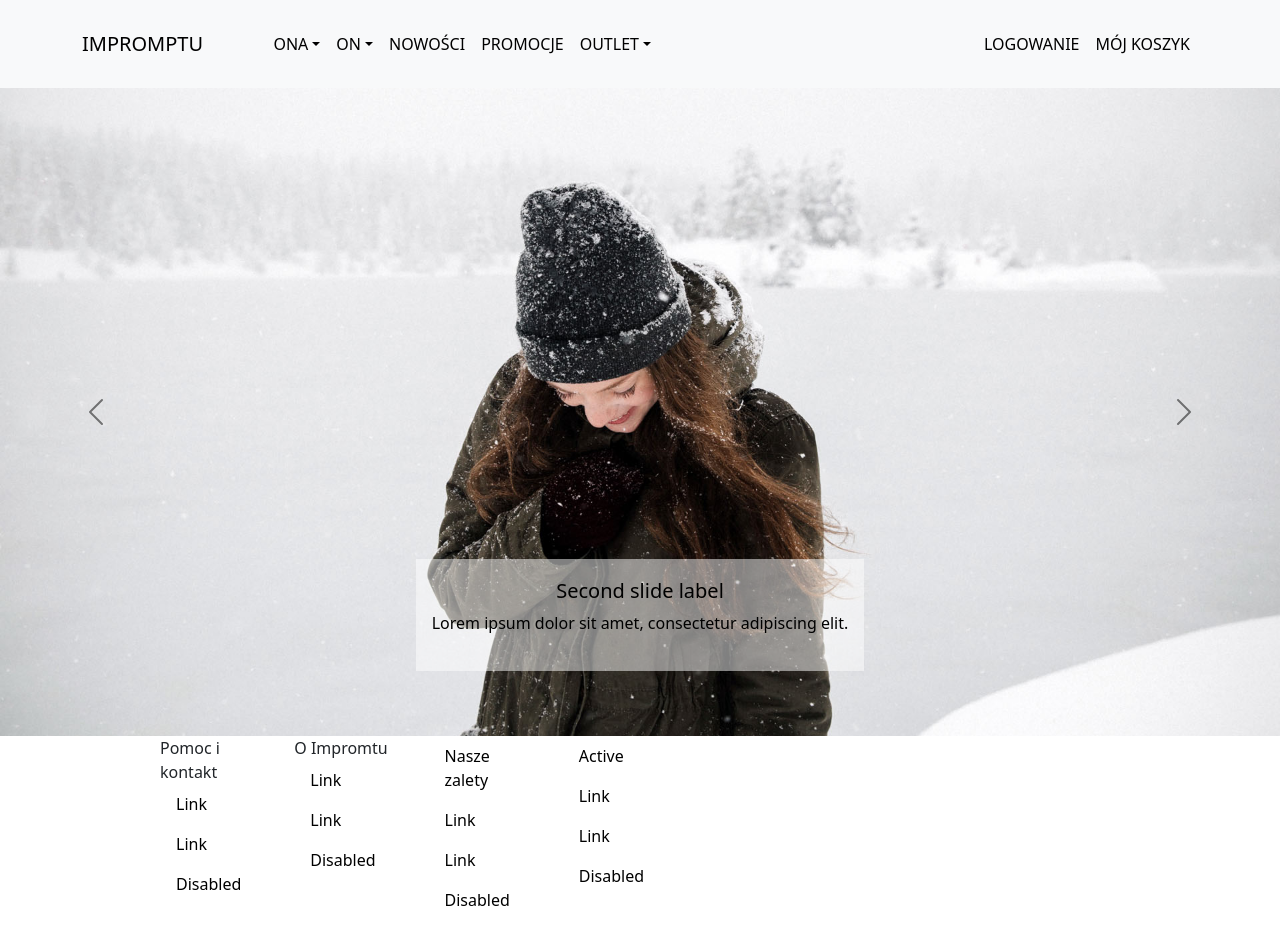
Repository: michalgornicki/Impromptu
Page: /
The author's editor kept a copy of each file at every save. The page is drawn from the files as they stood at one save, then again after a run of saves.
The browser window is 1280 px wide. The pictures show the whole page.
The project was rebuilt for these pictures with package versions that can differ from the ones it lists, and the page was loaded fresh each time.

Above is the page before, as saved 2021-12-23 13:36:50.

### src/App.jsx
import React from "react";
import "./App.css";
import "bootstrap/dist/css/bootstrap.min.css";
import Container from "react-bootstrap/Container";
import Navbar from "react-bootstrap/Navbar";
import Nav from "react-bootstrap/Nav";
import NavDropdown from "react-bootstrap/NavDropdown";
import Carousel from "react-bootstrap/Carousel";
import Row from "react-bootstrap/Row";
import Col from "react-bootstrap/Col";
import photo1 from "./1.jpg";
import photo2 from "./2.jpg";
import photo3 from "./3.jpg";
import photo4 from "./4.jpg";
import photo5 from "./5.jpg";

function App() {
  return (
    <p>
      <Navbar
        collapseOnSelect
        expand="lg"
        bg="light"
        variant="light"
        className="py-4 display-7 text-dark"
      >
        <Container>
          <Navbar.Brand href="#home" className="w-15">IMPROMPTU</Navbar.Brand>
          <Navbar.Toggle aria-controls="responsive-navbar-nav" />
          <Navbar.Collapse id="responsive-navbar-nav">
            <Nav className="me-auto">
              <NavDropdown title="ONA" id="collasible-nav-dropdown">
                <NavDropdown.Item href="#action/3.1">Action</NavDropdown.Item>
                <NavDropdown.Item href="#action/3.2">
                  Another action
                </NavDropdown.Item>
                <NavDropdown.Item href="#action/3.3">
                  Something
                </NavDropdown.Item>
                <NavDropdown.Divider />
                <NavDropdown.Item href="#action/3.4">
                  Separated link
                </NavDropdown.Item>
              </NavDropdown>
              <NavDropdown title="ON" id="collasible-nav-dropdown">
                <NavDropdown.Item href="#action/3.1">Action</NavDropdown.Item>
                <NavDropdown.Item href="#action/3.2">
                  Another action
                </NavDropdown.Item>
                <NavDropdown.Item href="#action/3.3">
                  Something
                </NavDropdown.Item>
                <NavDropdown.Divider />
                <NavDropdown.Item href="#action/3.4">
                  Separated link
                </NavDropdown.Item>
              </NavDropdown>
              <Nav.Link href="#pricing">NOWOŚCI</Nav.Link>
              <Nav.Link href="#pricing">PROMOCJE</Nav.Link>
              <NavDropdown title="OUTLET" id="collasible-nav-dropdown">
                <div className="flex flex-column">
                  <div className="container">
                <NavDropdown.Item href="#action/3.1">Action</NavDropdown.Item>
                <NavDropdown.Item href="#action/3.2">
                  Another action
                </NavDropdown.Item>
                <NavDropdown.Item href="#action/3.3">
                  Something
                </NavDropdown.Item>
                <NavDropdown.Divider />
                <NavDropdown.Item href="#action/3.4">
                  Separated link
                </NavDropdown.Item>
                </div>
                <div className="container">
                <NavDropdown.Item href="#action/3.1">Action</NavDropdown.Item>
                <NavDropdown.Item href="#action/3.2">
                  Another action
                </NavDropdown.Item>
                <NavDropdown.Item href="#action/3.3">
                  Something
                </NavDropdown.Item>
                <NavDropdown.Divider />
                <NavDropdown.Item href="#action/3.4">
                  Separated link
                </NavDropdown.Item>
                </div>
                </div>
              </NavDropdown>
            </Nav>
            <Nav>
              <Nav.Link href="#deets">LOGOWANIE</Nav.Link>
              <Nav.Link href="#memes">MÓJ KOSZYK</Nav.Link>
            </Nav>
          </Navbar.Collapse>
        </Container>
      </Navbar>

      <Carousel variant="dark" indicators={false}>
  <Carousel.Item>
    <img
      className="d-block w-100"
      src={photo1}
      alt="First slide"
    />
    <Carousel.Caption>
      <h5>First slide label</h5>
      <p>Nulla vitae elit libero, a pharetra augue mollis interdum.</p>
    </Carousel.Caption>
  </Carousel.Item>
  <Carousel.Item>
    <img
      className="d-block w-100"
      src={photo2}
      alt="Second slide"
    />
    <Carousel.Caption>
      <h5>Second slide label</h5>
      <p>Lorem ipsum dolor sit amet, consectetur adipiscing elit.</p>
    </Carousel.Caption>
  </Carousel.Item>
  <Carousel.Item>
    <img
      className="d-block w-100"
      src={photo3}
      alt="Third slide"
    />
    <Carousel.Caption>
      <h5>Third slide label</h5>
      <p>Praesent commodo cursus magna, vel scelerisque nisl consectetur.</p>
    </Carousel.Caption>
  </Carousel.Item>
  <Carousel.Item>
    <img
      className="d-block w-100"
      src={photo4}
      alt="Third slide"
    />
    <Carousel.Caption>
      <h5>Third slide label</h5>
      <p>Praesent commodo cursus magna, vel scelerisque nisl consectetur.</p>
    </Carousel.Caption>
  </Carousel.Item>
  <Carousel.Item>
    <img
      className="d-block w-100"
      src={photo5}
      alt="Third slide"
    />
    <Carousel.Caption>
      <h5>Third slide label</h5>
      <p>Praesent commodo cursus magna, vel scelerisque nisl consectetur.</p>
    </Carousel.Caption>
  </Carousel.Item>
</Carousel>


<Nav
  activeKey="/home"
  className="w-75 m-auto"
>
  <Row>
  <Col>
  <div>
    Pomoc i kontakt
  </div>
  <Nav.Item>
    <Nav.Link eventKey="link-1">Link</Nav.Link>
  </Nav.Item>
  <Nav.Item>
    <Nav.Link eventKey="link-2">Link</Nav.Link>
  </Nav.Item>
  <Nav.Item>
    <Nav.Link eventKey="disabled" disabled>
      Disabled
    </Nav.Link>
  </Nav.Item>
  </Col>
  <Col>
  <div>
    O Impromtu
  </div>
  <Nav.Item>
    <Nav.Link eventKey="link-1">Link</Nav.Link>
  </Nav.Item>
  <Nav.Item>
    <Nav.Link eventKey="link-2">Link</Nav.Link>
  </Nav.Item>
  <Nav.Item>
    <Nav.Link eventKey="disabled" disabled>
      Disabled
    </Nav.Link>
  </Nav.Item>
  </Col>
  <Col>
  <Nav.Item>
    <Nav.Link href="/home">Nasze zalety</Nav.Link>
  </Nav.Item>
  <Nav.Item>
    <Nav.Link eventKey="link-1">Link</Nav.Link>
  </Nav.Item>
  <Nav.Item>
    <Nav.Link eventKey="link-2">Link</Nav.Link>
  </Nav.Item>
  <Nav.Item>
    <Nav.Link eventKey="disabled" disabled>
      Disabled
    </Nav.Link>
  </Nav.Item>
  </Col>
  <Col>
  <Nav.Item>
    <Nav.Link href="/home">Active</Nav.Link>
  </Nav.Item>
  <Nav.Item>
    <Nav.Link eventKey="link-1">Link</Nav.Link>
  </Nav.Item>
  <Nav.Item>
    <Nav.Link eventKey="link-2">Link</Nav.Link>
  </Nav.Item>
  <Nav.Item>
    <Nav.Link eventKey="disabled" disabled>
      Disabled
    </Nav.Link>
  </Nav.Item>
  </Col>
  </Row>
</Nav>


    </p>
  );
}

export default App;

### src/App.css
.w-15{
    width: 15%!important;
}

.display-7{
    font-size: 1rem;
}

.nav-link {
    color: black!important;
}

.carousel img {
    height: 90vh;
    object-fit: cover;
}

.carousel-caption{
    background-color: rgba(255, 255, 255, 0.5);
    bottom: 10%!important;
    width: 35%;
    margin: auto;
}

Loaded but not shown: public/index.html (common file); src/index.js (common file); src/index.css (common file); src/reportWebVitals.js (common file)

After the next 4 saves:
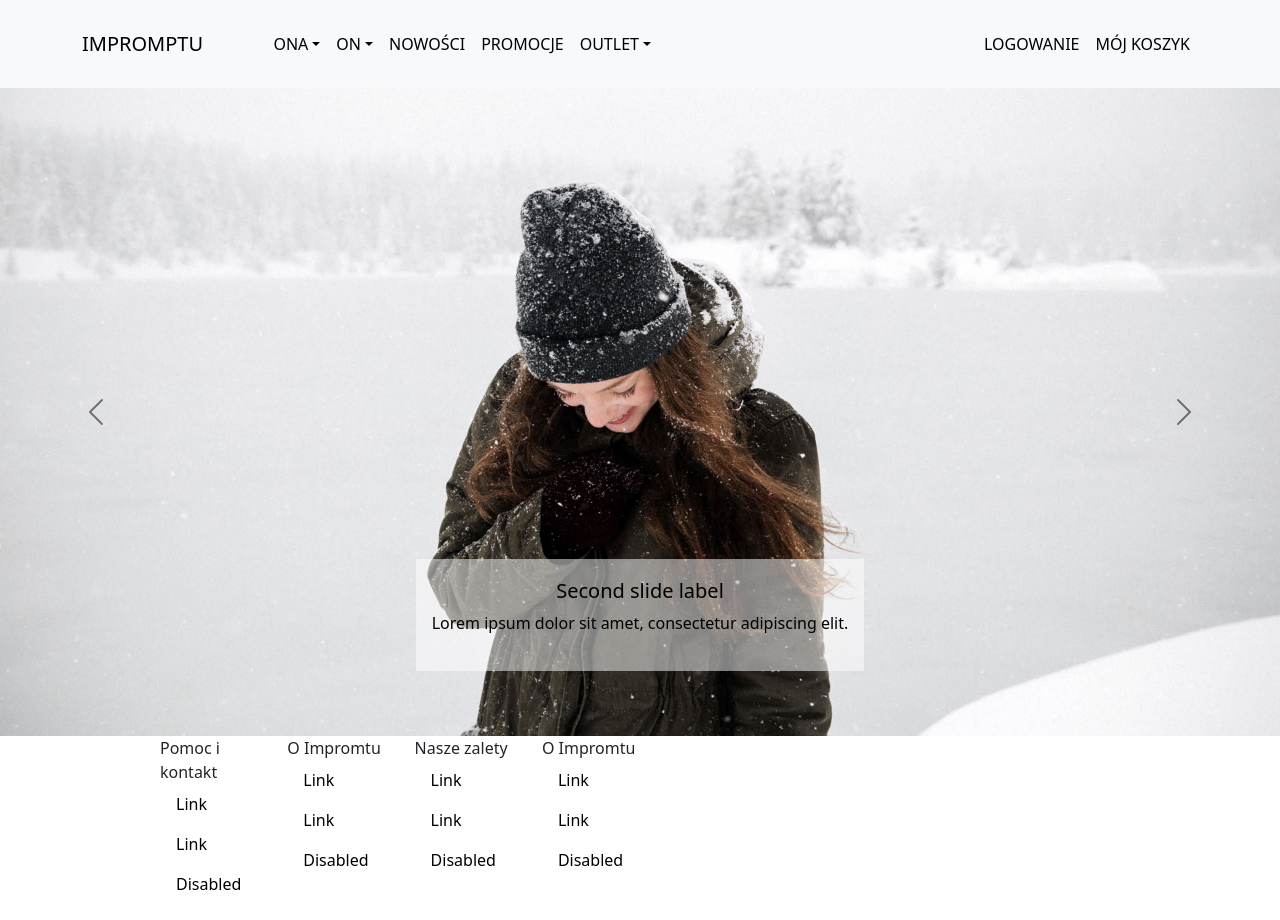
The 4 saves are shown as one change because they came seconds apart.
The last was saved 13 s later.
--- a/src/App.jsx
+++ b/src/App.jsx
@@ -193,25 +193,25 @@ function App() {
   </Nav.Item>
   </Col>
   <Col>
-  <Nav.Item>
-    <Nav.Link href="/home">Nasze zalety</Nav.Link>
-  </Nav.Item>
-  <Nav.Item>
-    <Nav.Link eventKey="link-1">Link</Nav.Link>
-  </Nav.Item>
-  <Nav.Item>
-    <Nav.Link eventKey="link-2">Link</Nav.Link>
-  </Nav.Item>
-  <Nav.Item>
-    <Nav.Link eventKey="disabled" disabled>
-      Disabled
-    </Nav.Link>
-  </Nav.Item>
-  </Col>
-  <Col>
-  <Nav.Item>
-    <Nav.Link href="/home">Active</Nav.Link>
-  </Nav.Item>
+  <div>
+    Nasze zalety
+  </div>
+  <Nav.Item>
+    <Nav.Link eventKey="link-1">Link</Nav.Link>
+  </Nav.Item>
+  <Nav.Item>
+    <Nav.Link eventKey="link-2">Link</Nav.Link>
+  </Nav.Item>
+  <Nav.Item>
+    <Nav.Link eventKey="disabled" disabled>
+      Disabled
+    </Nav.Link>
+  </Nav.Item>
+  </Col>
+  <Col>
+  <div>
+    O Impromtu
+  </div>
   <Nav.Item>
     <Nav.Link eventKey="link-1">Link</Nav.Link>
   </Nav.Item>
